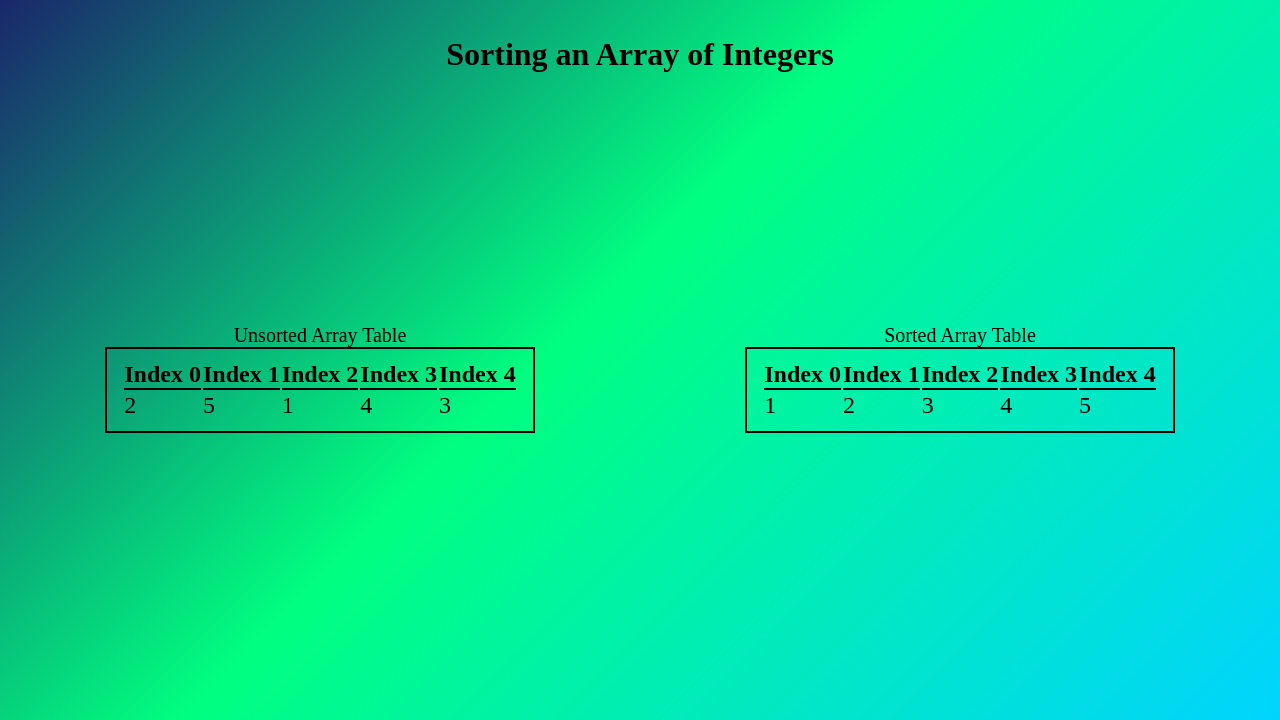
Repository: mlmEFSC21/P16-Sorting-Integers
Page: sort.html
An editor plug-in stored every save of this project. The page is shown before and after the next save, followed by the edit.
The browser window is 1280 px wide. The pictures show the whole page.

Above is the page before, as saved 2022-03-24 18:26:06.

### sort.html
<!DOCTYPE html>
<html lang="en">
    <head>
        <meta charset="UTF-8" />
        <meta http-equiv="X-UA-Compatible" content="IE=edge" />
        <meta name="viewport" content="width=device-width, initial-scale=1.0" />
        <link rel="stylesheet" href="sort.css" />
        <!-- <script defer src="sort.js"></script> -->
        <title>Array Sorting</title>
    </head>
    <body>
        <header class="mainHeader">
            <h1>Sorting an Array of Integers</h1>
        </header>
        <section>
            <div class="arrayContainer" id="arrayContainer">
                <!-- <h2 class="unsorted" id="unsorted">Array 1</h2>
                <h2 class="sorted" id="sorted">Array 2</h2> -->
                <table class="unsortedTable" id="unsortedTable">
                    <caption>
                        Unsorted Array Table
                    </caption>
                    <thead>
                        <th>Index 0</th>
                        <th>Index 1</th>
                        <th>Index 2</th>
                        <th>Index 3</th>
                        <th>Index 4</th>
                    </thead>
                    <tbody>
                        <tr>
                            <td>2</td>
                            <td>5</td>
                            <td>1</td>
                            <td>4</td>
                            <td>3</td>
                        </tr>
                    </tbody>
                </table>
                <table class="sortedTable" id="sortedTable">
                    <caption>
                        Sorted Array Table
                    </caption>
                    <thead>
                        <th>Index 0</th>
                        <th>Index 1</th>
                        <th>Index 2</th>
                        <th>Index 3</th>
                        <th>Index 4</th>
                    </thead>
                    <tbody>
                        <tr>
                            <td>1</td>
                            <td>2</td>
                            <td>3</td>
                            <td>4</td>
                            <td>5</td>
                        </tr>
                    </tbody>
                </table>
            </div>
        </section>
    </body>
</html>

### sort.css
:root {
    --clr-background: #00ff8f;
    --clr-primary: #00f0ff;
    --clr-secondary: #00ff0f;
}
*,
*::after,
*::before {
    box-sizing: border-box;
    margin: 0;
    padding: 0;
}
body {
    font-size: 0.875;
    background-color: var(--clr-background);
    background-repeat: no-repeat;
    background-size: cover;
    background: linear-gradient(
        135deg,
        rgba(26, 39, 107, 1) 0%,
        rgba(0, 255, 128, 1) 45%,
        rgba(0, 212, 255, 1) 100%
    );
    height: 100vh;
}
.mainHeader {
    height: 15vh;
    display: flex;
    align-items: center;
    justify-content: center;
}
.arrayContainer {
    height: min(75vh, 640px);
    display: flex;
    align-items: center;
    justify-content: space-around;
}
table {
    font-size: 1.5rem;
    border: 2px solid black;
    margin: 10px 15px;
    padding: 10px 15px;
}
caption {
    font-size: 1.25rem;
}
th {
    border-bottom: 2px solid black;
}

After the next save:
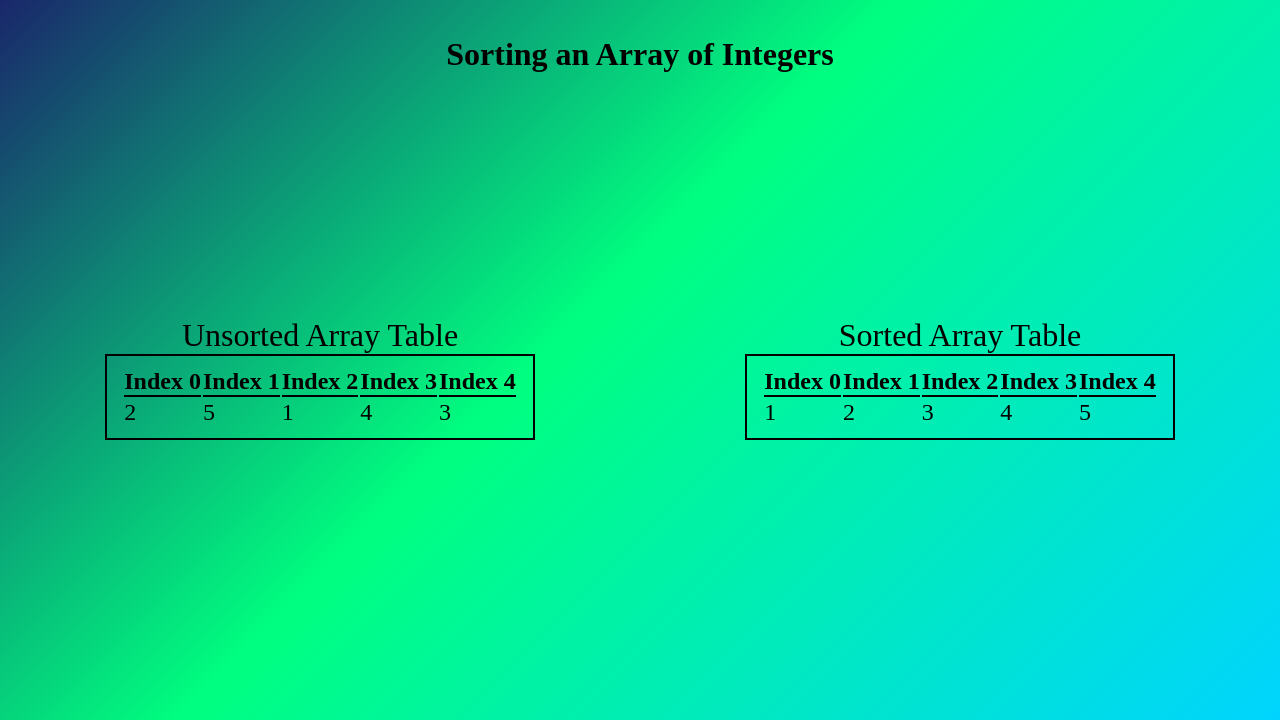
Saved 9 s later.
--- a/sort.css
+++ b/sort.css
@@ -42,7 +42,7 @@ table {
     padding: 10px 15px;
 }
 caption {
-    font-size: 1.25rem;
+    font-size: 2rem;
 }
 th {
     border-bottom: 2px solid black;
